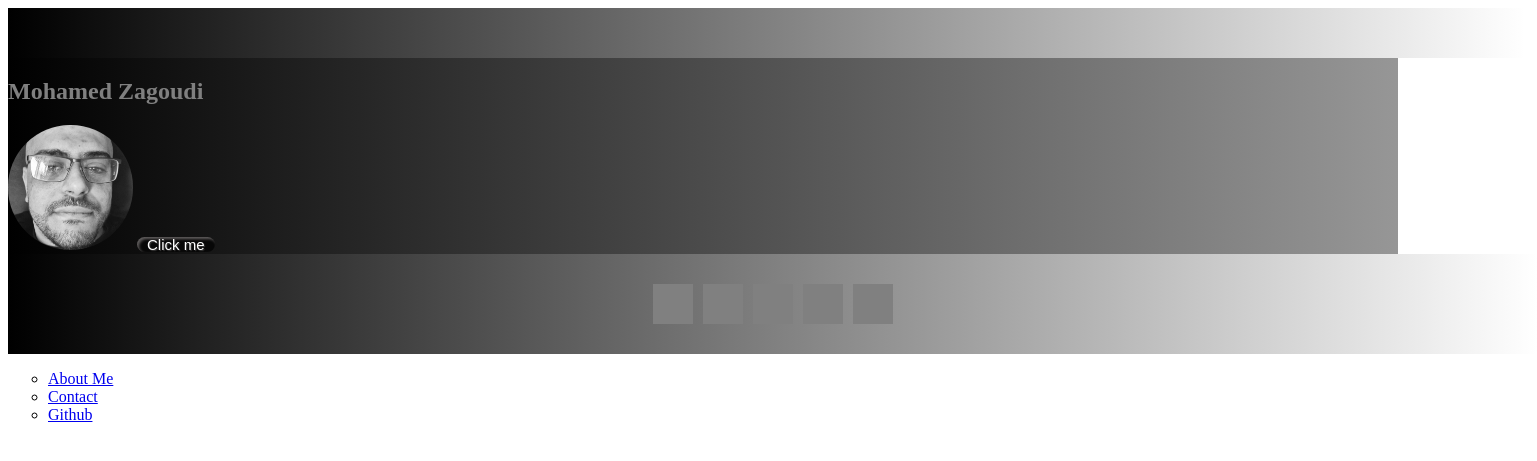
Repository: Mohzagou/Eersteportofolio
Page: index.html
An editor plug-in stored every save of this project. The page is shown before and after the next save, followed by the edit.
The browser window is 1280 px wide. The page is 1537 px wide, so the pictures cover 1537 px, including what lies to the right of the window. The pictures show the whole page.

Above is the page before, as saved 2022-06-07 23:47:20.

### index.html
<!DOCTYPE html>


<head>
    <link rel="stylesheet" href="styles.css" />
    <meta charset="UTF-8">

    <title>Document</title>
</head>

<body>

    <header></header>
    <div class="about-me">
        <h2 id="name">Mohamed Zagoudi</h2>
        <img class="avatar" src="images/67gwzvy.jpeg" alt="Mohamed Zagoudi headshot">
        <button>Click me</button>


        <section>
            <div class="test"></div>
            <div class="test"></div>
            <div class="test"></div>
            <div class="test"></div>
            <div class="test"></div>
        </section>
        <footer>
            <ul style="list-style-type: circle ">
                <li><a href=" ">About Me</a></li>
                <li><a href=" ">Contact</a></li>
                <li><a href="https://github.com/Mohzagou ">Github</a></li>

            </ul>

        </footer>



</body>



</html>

### styles.css
                            body {
                                display: flex;
                                flex-direction: column;
                            }

                            header {
                                width: 120%;
                                height: 50px;
                                background-image: linear-gradient(to right, black, grey, white);
                                /*background-color: rgb(113, 74, 145);*/
                            }

                            section {
                                width: 110%;
                                height: 100px;
                                background-image: linear-gradient(to right, black, grey, white);
                                background-color: #234def;
                                display: flex;
                                align-items: center;
                                justify-content: center;
                            }

                            .about-me {
                                width: 110%;
                                height: 200px;
                                background-image: repeating-linear-gradient(to right, black, grey, white 170%);
                                /*background-color: rgb(177, 69, 21, 0.8);*/
                                /*margin: 10px 0 10px 0;
    border: solid black 10px;
    border-radius: 15px;*/
                            }

                            .avatar {
                                width: 125px;
                                border-radius: 62px;
                                background-image: repeating-linear-gradient(to right, black, grey, 110%);
                            }

                            #name {
                                color: grey;
                            }

                            .test {
                                width: 40px;
                                height: 40px;
                                background-color: grey;
                                margin: 5px;
                            }

                            button {
                                border: 0;
                                padding: 0 10px;
                                font-size: 15px;
                                line-height: 15px;
                                color: rgb(255, 255, 255);
                                text-shadow: 1px 1px 1px rgb(61, 60, 60);
                                background-color: rgb(7, 7, 7);
                                background-image: linear-gradient(to top left, rgba(250, 245, 245, 0.2), rgba(0, 0, 0, 0.2) 30%, rgba(248, 243, 243, 0), );
                                box-shadow: inset 2px 2px 3px rgba(233, 224, 224, 0.4);
                                border-radius: 10px;
                            }

                            button:hover {
                                background-color: rgb(107, 104, 104);
                            }

                            button:active {
                                box-shadow: inset -2px -2px 3px rgba(107, 104, 104, 0.8);
                            }

After the next save:
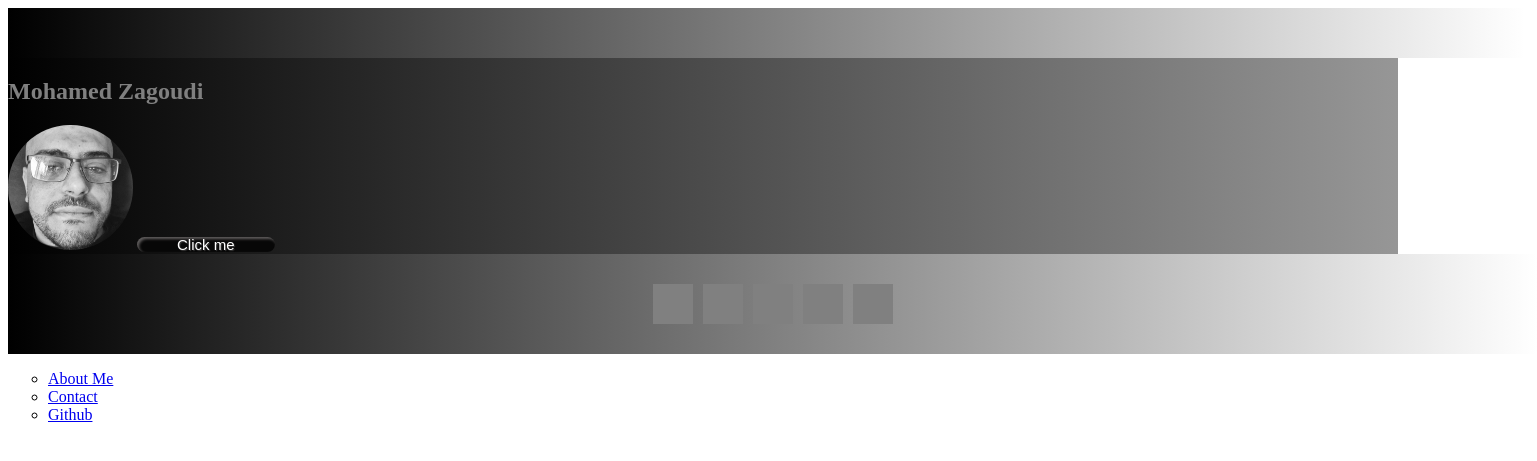
Saved 32 s later.
--- a/styles.css
+++ b/styles.css
@@ -49,7 +49,7 @@
 
                             button {
                                 border: 0;
-                                padding: 0 10px;
+                                padding: 0 40px;
                                 font-size: 15px;
                                 line-height: 15px;
                                 color: rgb(255, 255, 255);

After the save that followed:
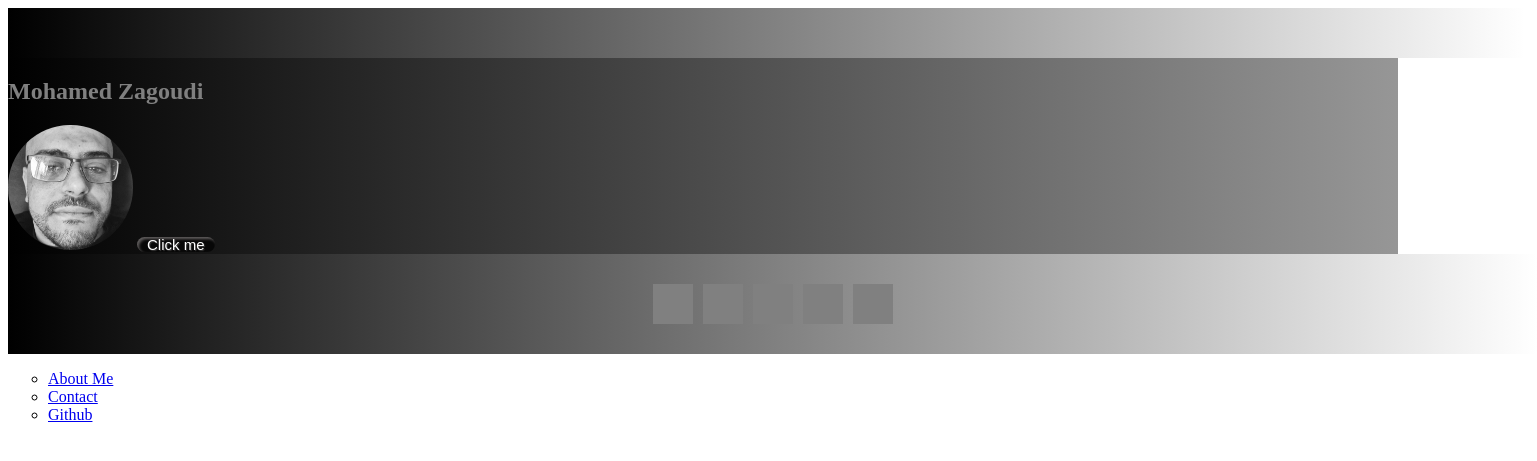
Saved 10 s later.
--- a/styles.css
+++ b/styles.css
@@ -49,7 +49,7 @@
 
                             button {
                                 border: 0;
-                                padding: 0 40px;
+                                padding: 0 10px;
                                 font-size: 15px;
                                 line-height: 15px;
                                 color: rgb(255, 255, 255);
